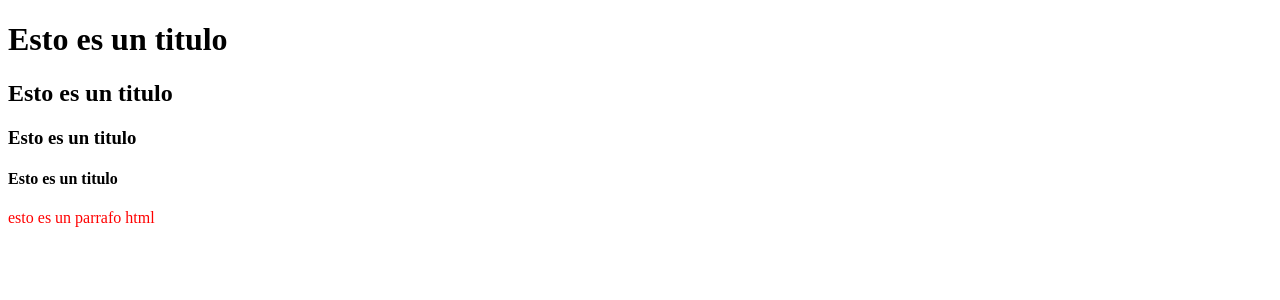
Repository: gazagal/workspace
Page: login-web-app/src/main/webapp/index.html
The author's editor kept a copy of each file at every save. The page is drawn from the files as they stood at one save, then again after the next save.
The browser window is 1280 px wide. The pictures show the whole page.

Above is the page before, as saved 2016-06-20 16:29:02.

### login-web-app/src/main/webapp/index.html
<!DOCTYPE html>
<html>
<head>
<meta charset="ISO-8859-1">
<title>Pagina Inicial</title>
</head>
<body>
	<h1>Esto es un titulo</h1>
	<h2>Esto es un titulo</h2>
	<h3>Esto es un titulo</h3>
	<h4>Esto es un titulo</h4>

	<p style="color:red;">esto es un parrafo html</p>

</body>
</html>

After the next save:
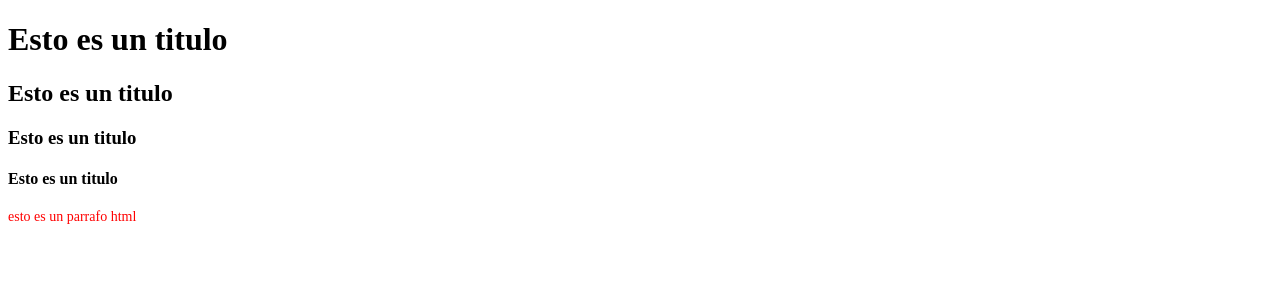
Saved 4 min 38 s later.
--- a/login-web-app/src/main/webapp/index.html
+++ b/login-web-app/src/main/webapp/index.html
@@ -3,6 +3,10 @@
 <head>
 <meta charset="ISO-8859-1">
 <title>Pagina Inicial</title>
+<style type="text/css">
+	p{color:red; font-size: 14px;}]
+</style>
+
 </head>
 <body>
 	<h1>Esto es un titulo</h1>
@@ -10,7 +14,7 @@
 	<h3>Esto es un titulo</h3>
 	<h4>Esto es un titulo</h4>
 
-	<p style="color:red;">esto es un parrafo html</p>
+	<p>esto es un parrafo html</p>
 
 </body>
 </html>
